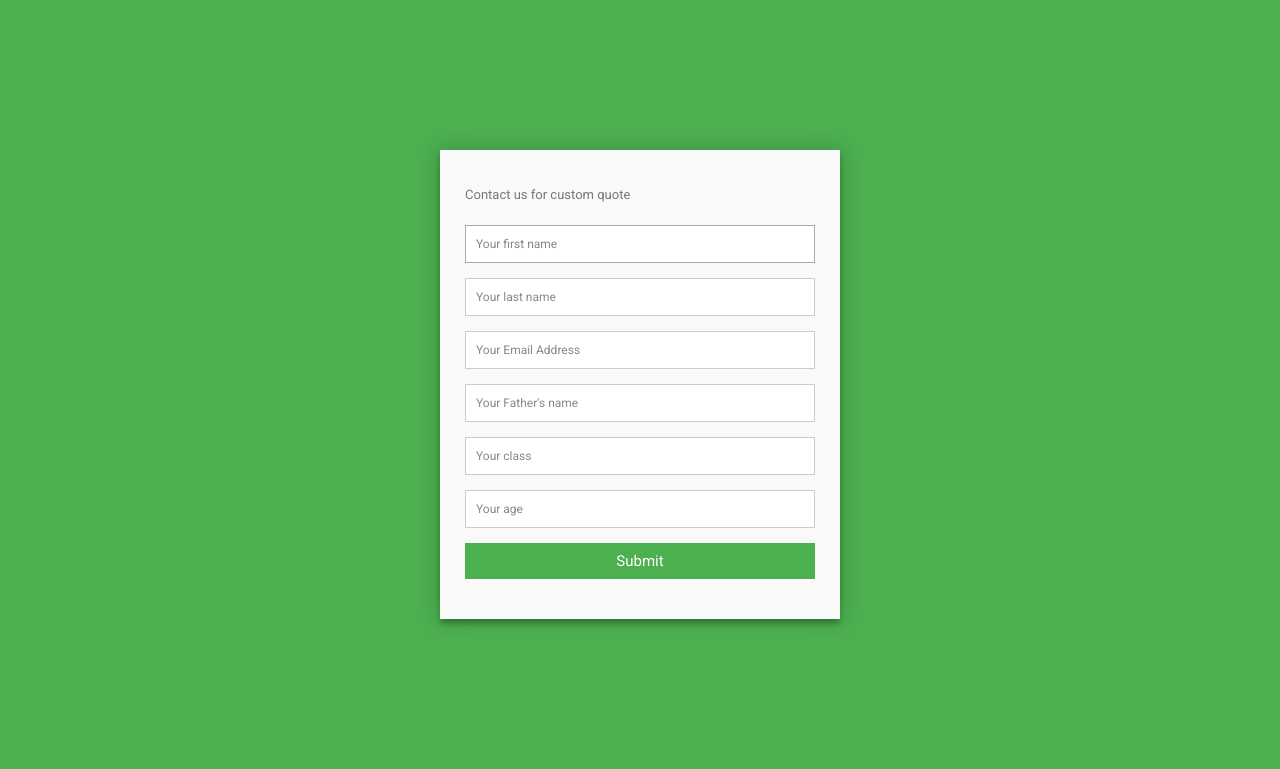
Repository: meta-pranjal-agrawal/software_fundamentals
Page: EAD/ead_assignment2/EADSession3/WebContent/Index.html
These files come from the project's save history. The page is drawn as it stood at one moment and after the next save; the edit follows.
The browser window is 1280 px wide. The pictures show the whole page.

Above is the page before, as saved 2020-02-01 10:34:27.

After the next save:
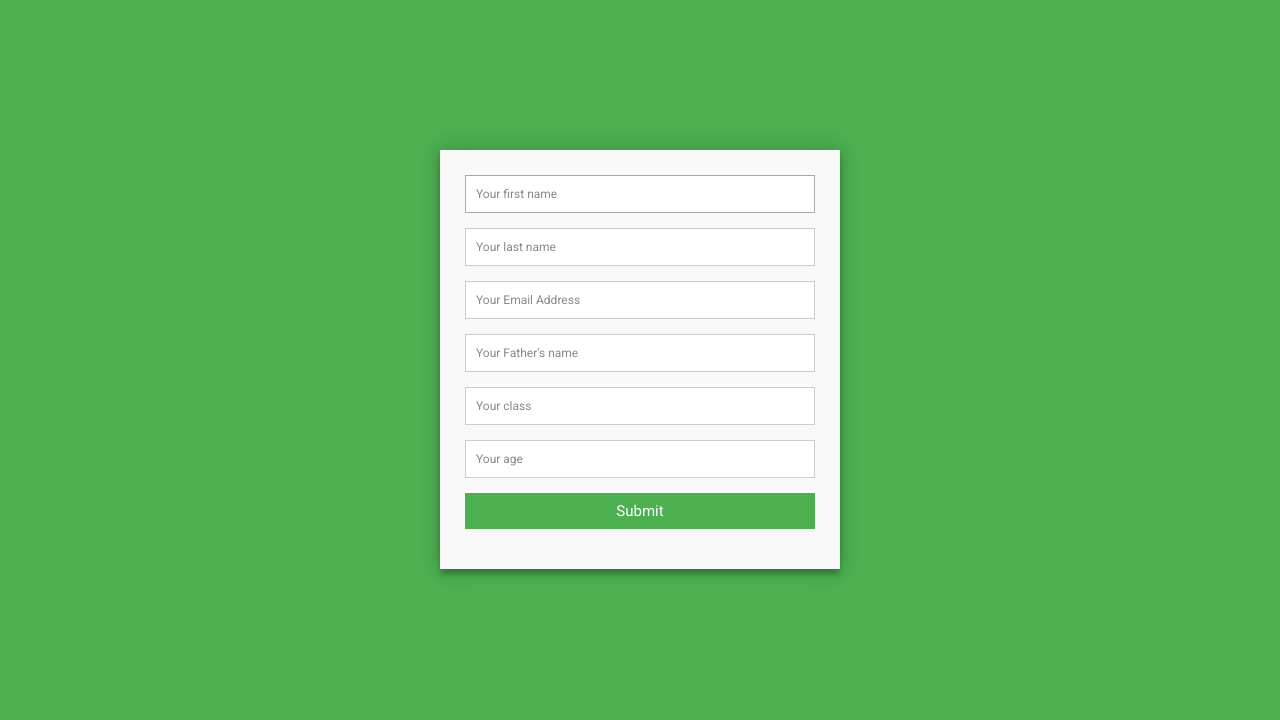
Saved 30 s later.
--- a/EAD/ead_assignment2/EADSession3/WebContent/Index.html
+++ b/EAD/ead_assignment2/EADSession3/WebContent/Index.html
@@ -154,7 +154,7 @@ fieldset {
 <body>
 <div class="container">
  <form id="contact" action="" method="post">
-   <h4>Contact us for custom quote</h4>
+
    <fieldset>
      <input placeholder="Your first name" type="text" tabindex="1" required autofocus id="firstname">
    </fieldset>
